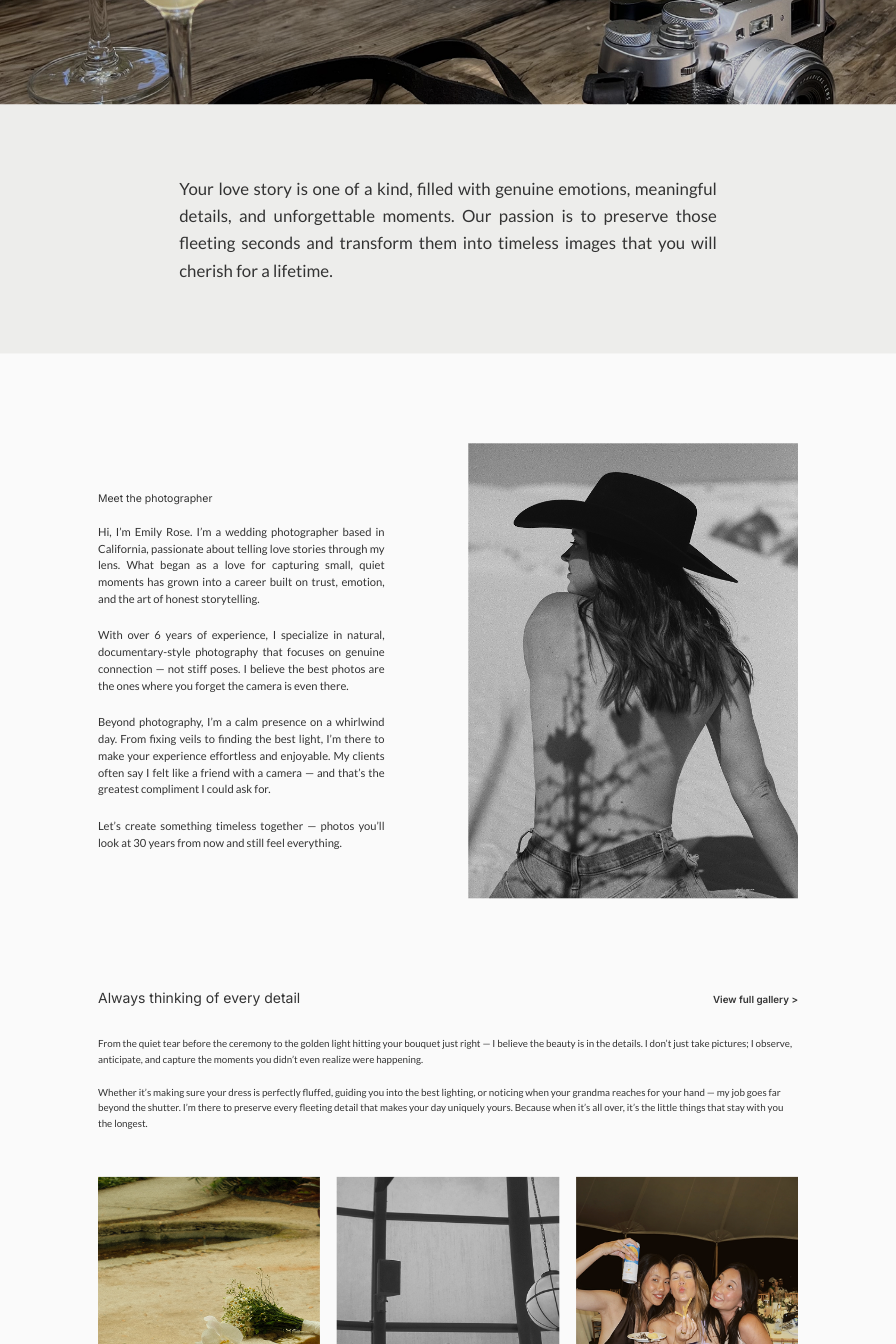
Repository: eduarda-magnago/wt-photography
Page: /
The author's editor kept a copy of each file at every save. The page is drawn from the files as they stood at one save, then again after the next save.
The browser window is 1280 px wide. The pictures show the part of the page from y = 565 to 2485 px (the page is 3766 px tall), at 70% of full size.
Some web fonts or font styles are not loaded; a fallback is used. The project was rebuilt for these pictures with package versions that can differ from the ones it lists, and the page was loaded fresh each time. The framework's server and built-in components were replaced by stand-ins that run in the browser. Also part of the build but not shown: next.config.ts.

Above is the page before, as saved 2026-10-14 12:58:18.

After the next save:
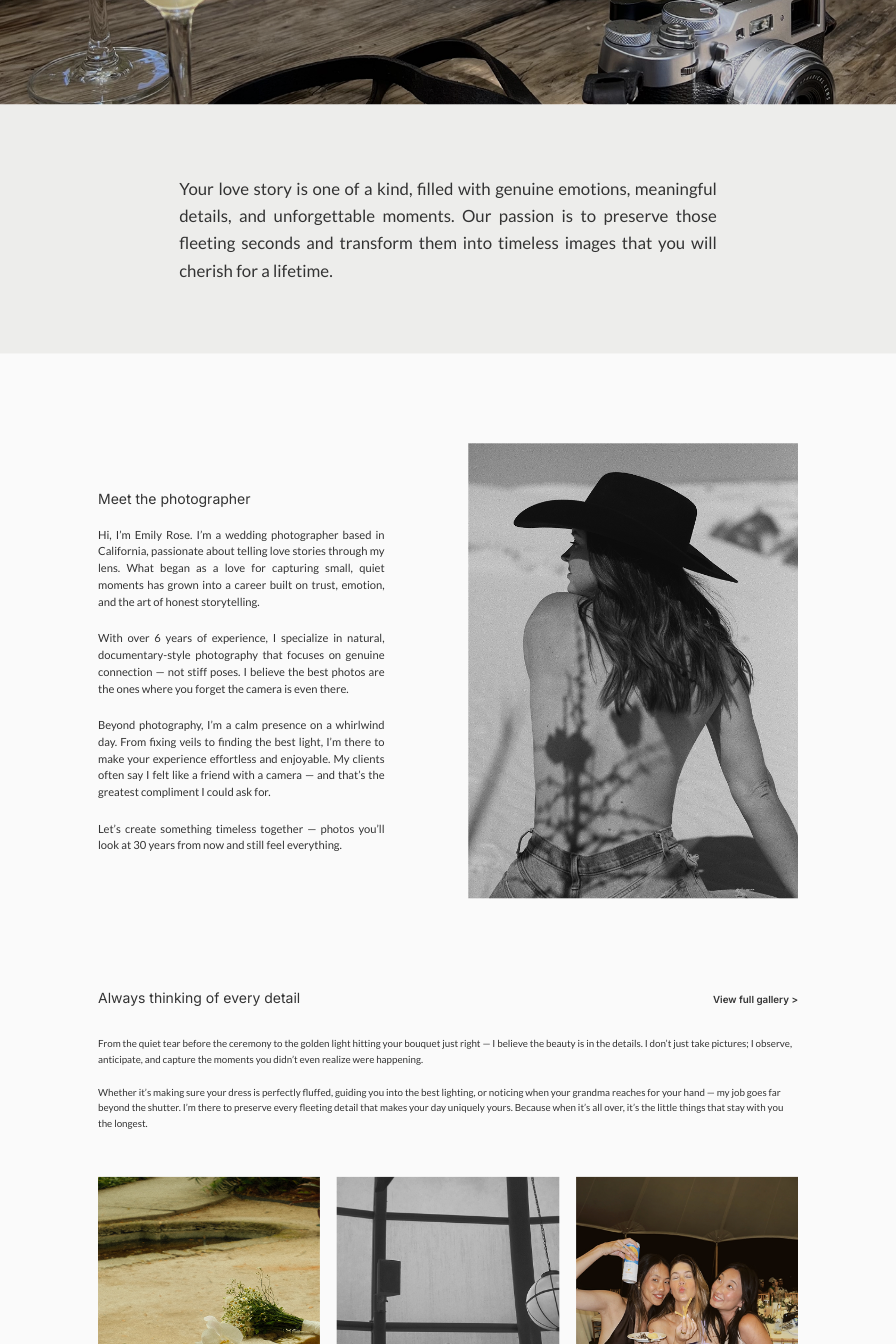
Saved 6 s later.
--- a/components/home/about.tsx
+++ b/components/home/about.tsx
@@ -5,7 +5,7 @@ export default function About() {
     <section id="about" className="bg-paper px-6 py-24 md:px-14 md:py-32">
       <div className="mx-auto grid max-w-[1000px] items-center gap-12 md:grid-cols-[435fr_500fr] md:gap-x-12 xl:gap-x-[120px]">
         <div>
-          <h2 className="font-heading text-[15px]">Meet the photographer</h2>
+          <h2 className="font-heading text-[20px]">Meet the photographer</h2>
 
           <div className="mt-6 space-y-7 text-justify text-base leading-6">
             <p>
